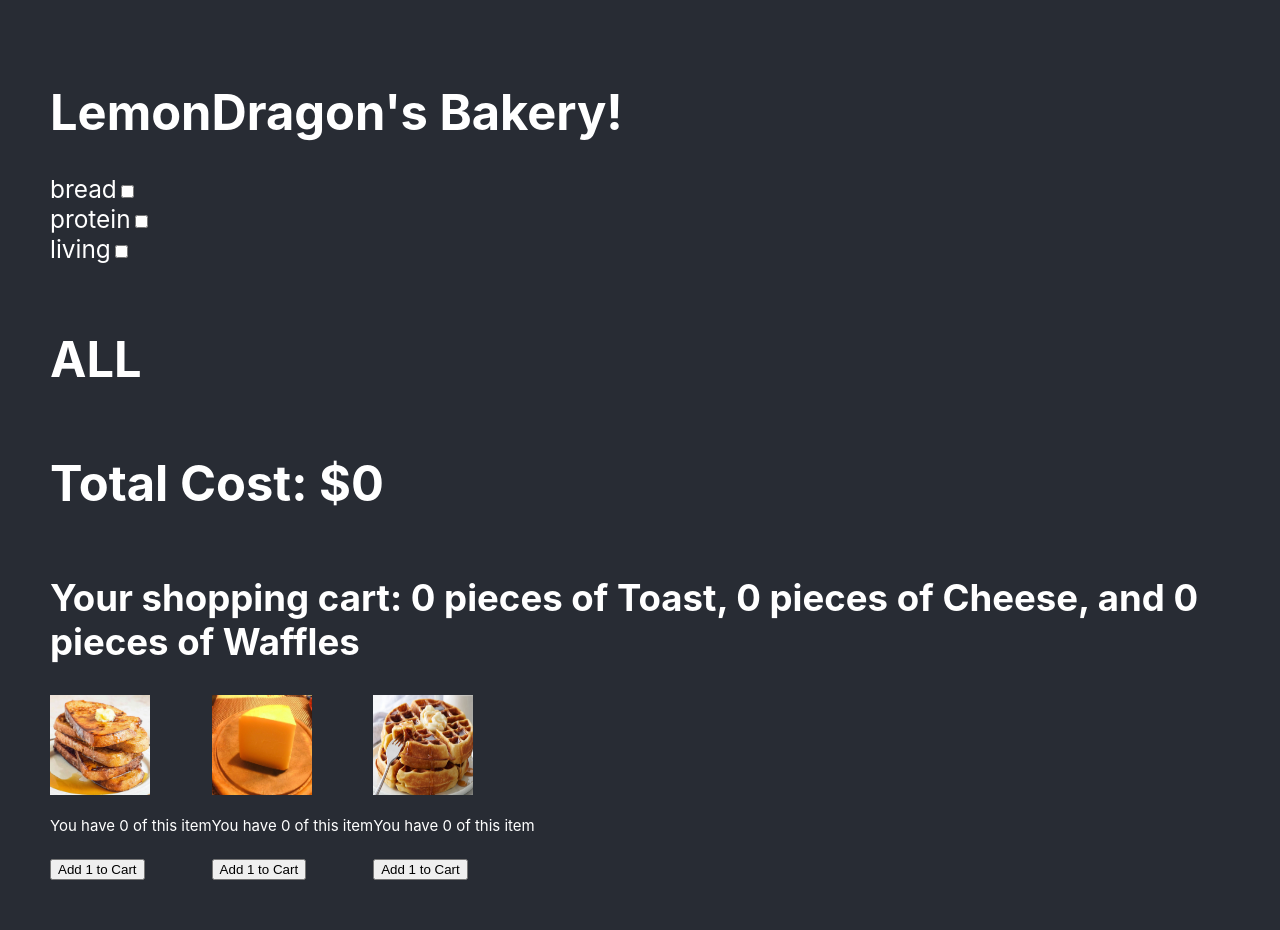
Repository: happydragon200/development
Page: /
An editor plug-in stored every save of this project. The page is shown before and after the next save, followed by the edit.
The browser window is 1280 px wide. The pictures show the whole page.
The project was rebuilt for these pictures with package versions that can differ from the ones it lists, and the page was loaded fresh each time.

Above is the page before, as saved 2022-12-02 01:23:35.

After the next save:
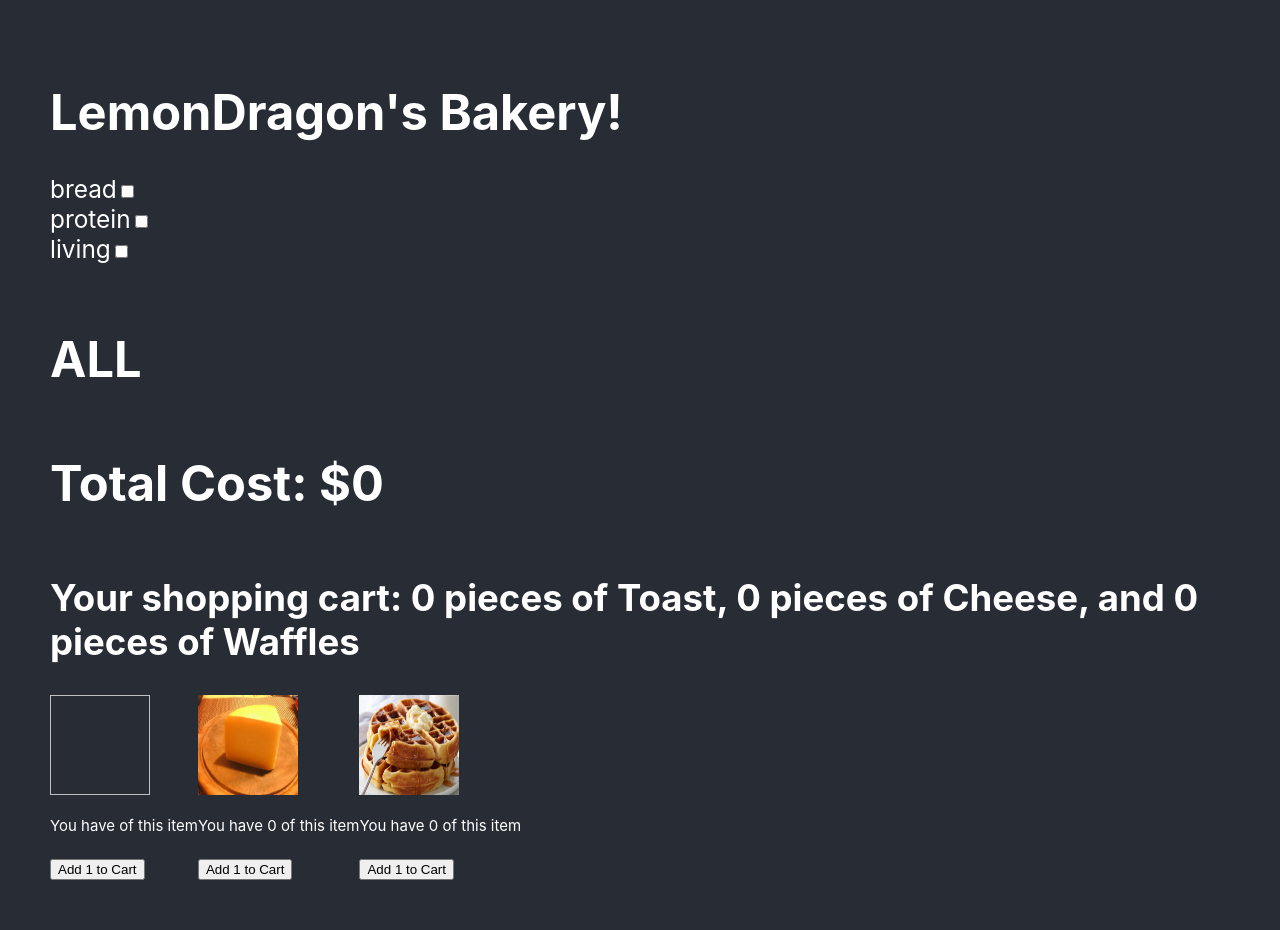
Saved 22 min 21 s later.
--- a/src/App.js
+++ b/src/App.js
@@ -121,6 +121,8 @@ function Menu() {
     return value
   })
 
+  const toast_comp = BakeryItem(toast, toast_count, toast_setcount)
+
   return (
     <>
       <FilterBar selected={selected} changeSelected={changeSelected} />
@@ -137,12 +139,7 @@ function Menu() {
       </h2>
 
       <div className="flex-parent">
-        <BakeryItem
-          className="inline"
-          img={toast}
-          count={toast_count}
-          setCount={toast_setcount}
-        />
+  {toast_comp}
         <BakeryItem
           className="inline"
           img={cheese}
